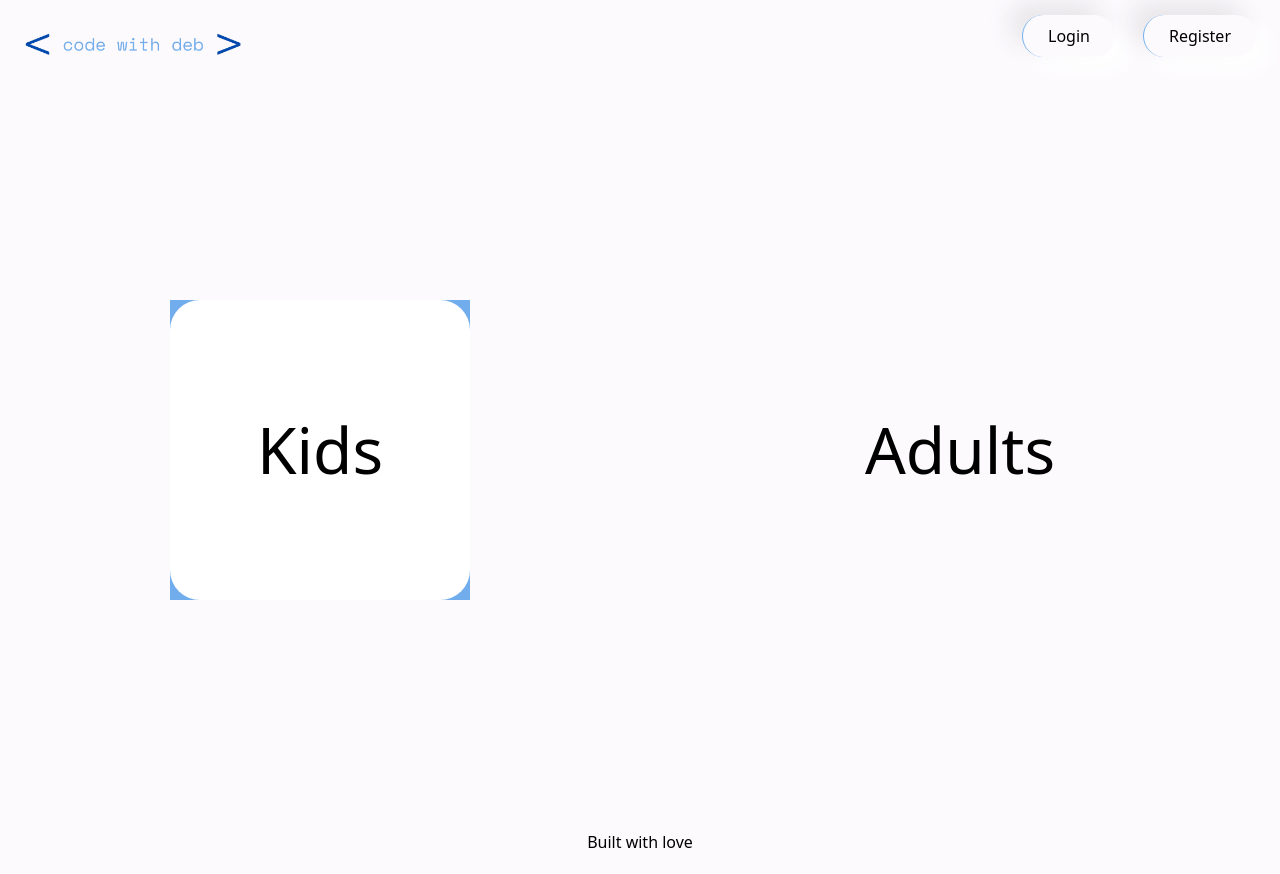
Repository: latenightsnacc/codewithdeb
Page: index.html
These files come from the project's save history. The page is drawn as it stood at one moment and after the next save; the edit follows.
The browser window is 1280 px wide. The pictures show the whole page.
The style sheet was rebuilt from its Sass, Less or Tailwind sources for each picture, by a compiler version that may differ from the author's.

Above is the page before, as saved 2020-11-25 17:05:12.

After the next save:
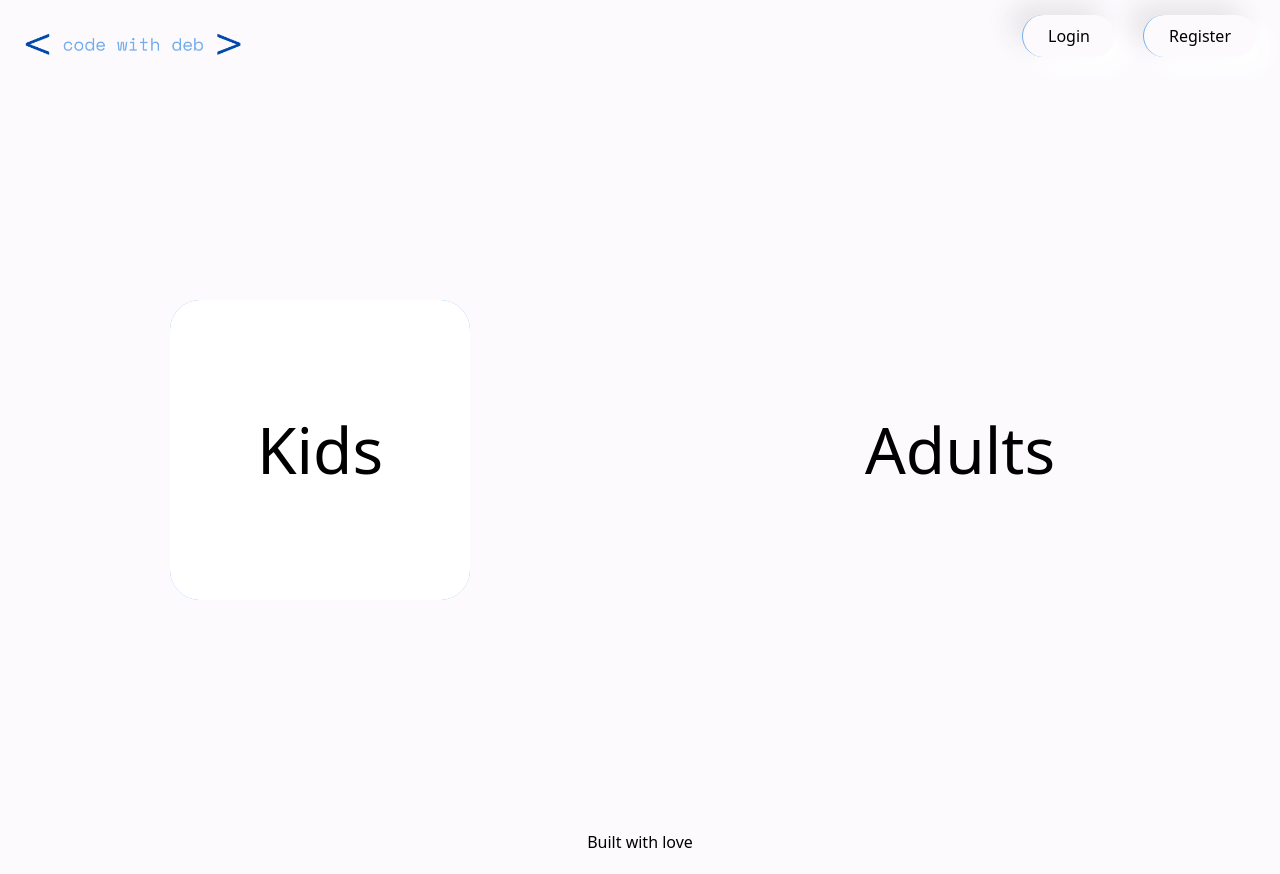
Saved 25 s later.
--- a/styling/stylesheet.scss
+++ b/styling/stylesheet.scss
@@ -36,6 +36,7 @@
     background-color: $blue;
     position: absolute;
     z-index: -10;
+    border-radius: 30px;
     &:hover {
         box-shadow: $bSoftB;
     }
